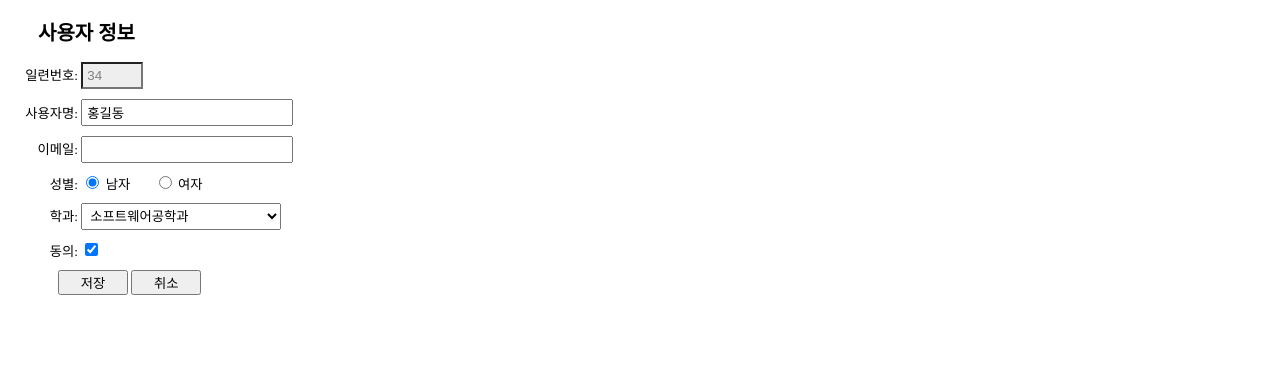
Repository: 5anniversary/JSPhw
Page: html1/WebContent/02practice/pwchange.html
An editor plug-in stored every save of this project. The page is shown before and after the next save, followed by the edit.
The browser window is 1280 px wide. The pictures show the whole page.

Above is the page before, as saved 2020-04-11 09:55:10.

### html1/WebContent/02practice/pwchange.html
<!DOCTYPE html>
<html>
<head>
<meta http-equiv="Content-Type" content="text/html; charset=utf-8">
<style>
body { font-family: 굴림; font-size: 10pt;}
h2 { margin-left: 30px; }
div { margin-bottom: 10px; }
label:first-child {	display: inline-block; width: 70px; text-align: right; }
label:not(:first-child ) { display: inline-block; margin-right: 20px; }
input[type=text], select {padding: 4px;width: 200px;}
input[readonly] {background-color: #eee;color: gray;width: 50px}
input[type=text]:focus {background-color: #efe;}
input[type=submit] {margin-left: 50px;width: 70px;}
input[type=reset] {	width: 70px; }
</style>
</head>
<body>
	<form method="post">
		<h2>사용자 정보</h2>
		<div>
			<label>일련번호:</label> <input type="text" name="no" readonly value="34" />
		</div>
		<div>
			<label>사용자명:</label> <input type="text" name="username" value="홍길동" />
		</div>
		<div>
			<label>이메일:</label> <input type="text" name="email" />
		</div>
		<div>
			<label>성별:</label> <input id="r1" type="radio" name="sex"
				value="male" checked /> <label for="r1">남자</label> <input id="r2"
				type="radio" name="sex" value="female" /> <label for="r2">여자</label>
		</div>
		<div>
			<label>학과:</label> <select name="department">
				<option value="sw">소프트웨어공학과</option>
				<option value="ce">컴퓨터공학과</option>
				<option value="ic">정보통신공학과</option>
				<option value="gi">글로컬IT공학과</option>
			</select>
		</div>
		<div>
			<label for="c1">동의:</label> <input id="c1" type="checkbox"
				name="check" checked />
		</div>
		<div>
			<input type="submit" value="저장" /> <input type="reset" value="취소" />
		</div>
	</form>
</body>
</html>

After the next save:
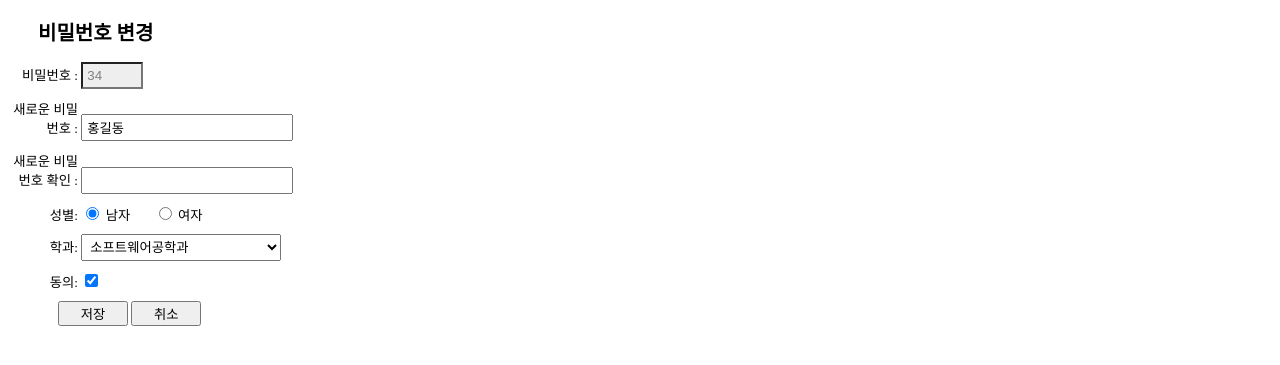
Saved 2 min 3 s later.
--- a/html1/WebContent/02practice/pwchange.html
+++ b/html1/WebContent/02practice/pwchange.html
@@ -17,15 +17,15 @@ input[type=reset] {	width: 70px; }
 </head>
 <body>
 	<form method="post">
-		<h2>사용자 정보</h2>
+		<h2>비밀번호 변경</h2>
 		<div>
-			<label>일련번호:</label> <input type="text" name="no" readonly value="34" />
+			<label>비밀번호 :</label> <input type="text" name="no" readonly value="34" />
 		</div>
 		<div>
-			<label>사용자명:</label> <input type="text" name="username" value="홍길동" />
+			<label>새로운 비밀번호 :</label> <input type="text" name="username" value="홍길동" />
 		</div>
 		<div>
-			<label>이메일:</label> <input type="text" name="email" />
+			<label>새로운 비밀번호 확인 :</label> <input type="text" name="email" />
 		</div>
 		<div>
 			<label>성별:</label> <input id="r1" type="radio" name="sex"
